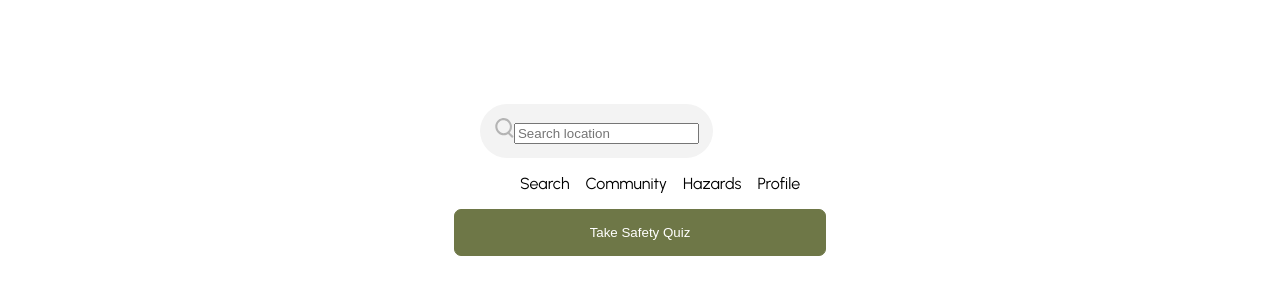
Repository: Aladdin3r/SafeCycle
Page: /
The author's editor kept a copy of each file at every save. The page is drawn from the files as they stood at one save, then again after the next save.
The browser window is 1280 px wide. The pictures show the whole page.
The project was rebuilt for these pictures with package versions that can differ from the ones it lists, and the page was loaded fresh each time. The framework's server and built-in components were replaced by stand-ins that run in the browser.

Above is the page before, as saved 2024-04-15 10:55:58.

After the next save:
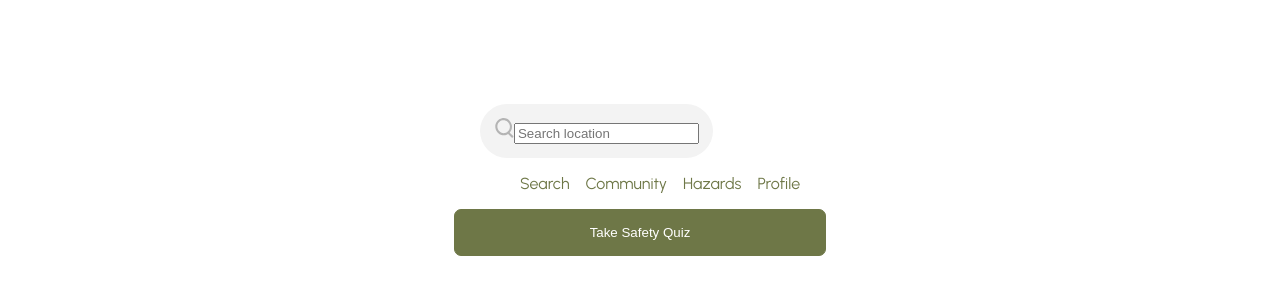
Saved 17 s later.
--- a/components/NavBar/NavBar.module.css
+++ b/components/NavBar/NavBar.module.css
@@ -18,5 +18,5 @@
     gap: 1em;
     list-style-type: none;
     background-color: white;
-    color: var(--);
+    color: var(--button-color);
 }
